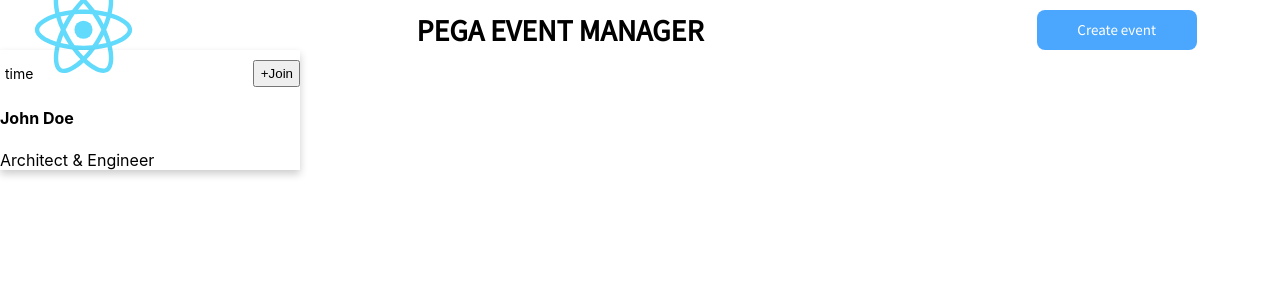
Repository: SasiVeeramachaneni/eventmanager
Page: /
The author's editor kept a copy of each file at every save. The page is drawn from the files as they stood at one save, then again after the next save.
The browser window is 1280 px wide. The pictures show the whole page.
The project was rebuilt for these pictures with package versions that can differ from the ones it lists, and the page was loaded fresh each time.

Above is the page before, as saved 2020-08-19 14:22:09.

### src/index.js
import React from 'react';
import ReactDOM from 'react-dom';
import './index.css';
import App from './App';
import * as serviceWorker from './serviceWorker';
import './fonts/SourceSansPro-Regular.ttf'

ReactDOM.render(
  <React.StrictMode>
    <App />
  </React.StrictMode>,
  document.getElementById('root')
);

// If you want your app to work offline and load faster, you can change
// unregister() to register() below. Note this comes with some pitfalls.
// Learn more about service workers: https://bit.ly/CRA-PWA
serviceWorker.unregister();

### src/App.js
import React from 'react';
import './App.css';
import logo from './logo.svg';
import Card from './Card';


function App() {
  return (
    <div className="App">
      <div className="header">
        <div className="logo"><img src={logo} alt=""/></div>
        <div className="heading">PEGA EVENT MANAGER</div>
        <div className="logo"><button type="button" className="createbutton">Create event</button></div>
      </div>
      <div className="body">
        <Card />

      </div>

    </div>
  );
}

export default App;

### src/App.css
.App {
  height: 100vh;
  width: 100%;
  display: grid;
  grid-template-rows: 50px 1fr;
}

@font-face {
  font-family: 'SourceSansPro';
  src: local('SourceSansPro'), url(./fonts/SourceSansPro-Regular.ttf) format('truetype');
}


.container {
  padding: 2px 16px;
}

.header {
  display: flex;
  align-items: stretch;
  justify-content: space-evenly;
  padding-top: 10px;
}

.logo {
  flex-grow: 1;
  display: flex;
  align-items: center;
  justify-content: center;
}

.heading {
  flex-grow: 3;
  display: flex;
  align-items: center;
  justify-content: center;
  font-size: 30px;
  font-weight: bold;
  font-family: SourceSansPro;

}

.createbutton {
  width: 10rem;
  color: #FFF;
  background: #4BA7FE;
  border-radius: 8px;
  font-size: 15px;
  line-height: 24px;
  height: 2.5rem;
  position: relative;
  align-items: center;
  box-sizing: border-box;
  transition: all 0.4s ease-in-out;
  border: none;
  font-family: SourceSansPro;


}

.body {
}

### src/Card.js
import React from 'react';
import './Card.css';

function Card() {
    return (
        <div className="card">
        <div className="topline">
          <div className="time">time</div>
          <button className="joinB">+Join</button>
        </div>
        <h4><b>John Doe</b></h4>
         <p>Architect & Engineer</p>
      </div>
    );
}

export default Card;

### src/Card.css
.card {
    box-shadow: 0 4px 8px 0 rgba(0,0,0,0.2);
    transition: 0.3s;
    width: 300px;
  }

  .card:hover {
    box-shadow: 0 8px 16px 0 rgba(0,0,0,0.2);
  }

  .topline {
    display: flex;
    align-items: stretch;
    justify-content: space-evenly;
    padding-top: 10px;
  }

  .time {
      display: flex;
      flex-grow: 1;
      padding: 5px;
      font-size: 14px;
  }

  .joinB {
      padding-right: 5px;
  }

Loaded but not shown: public/index.html (common file); src/index.css (common file); src/serviceWorker.js (common file)

After the next save:
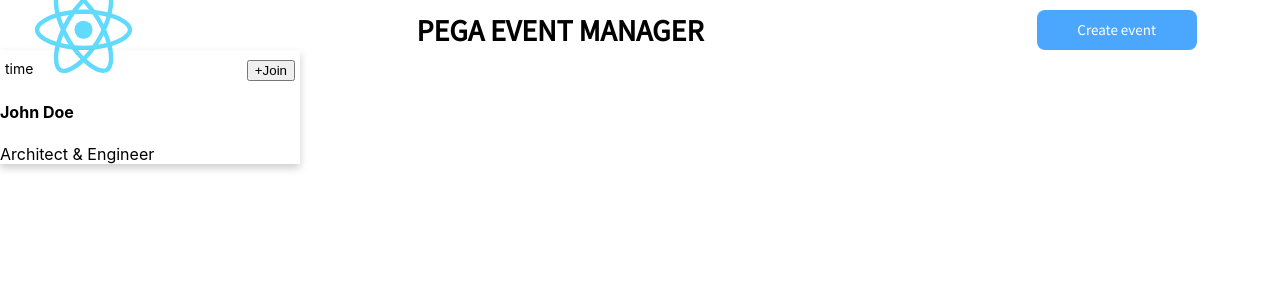
Saved 28 s later.
--- a/src/Card.css
+++ b/src/Card.css
@@ -13,15 +13,15 @@
     align-items: stretch;
     justify-content: space-evenly;
     padding-top: 10px;
+    padding-left:5px;
+    padding-right: 5px;
   }
 
   .time {
       display: flex;
       flex-grow: 1;
-      padding: 5px;
       font-size: 14px;
   }
 
   .joinB {
-      padding-right: 5px;
   }
